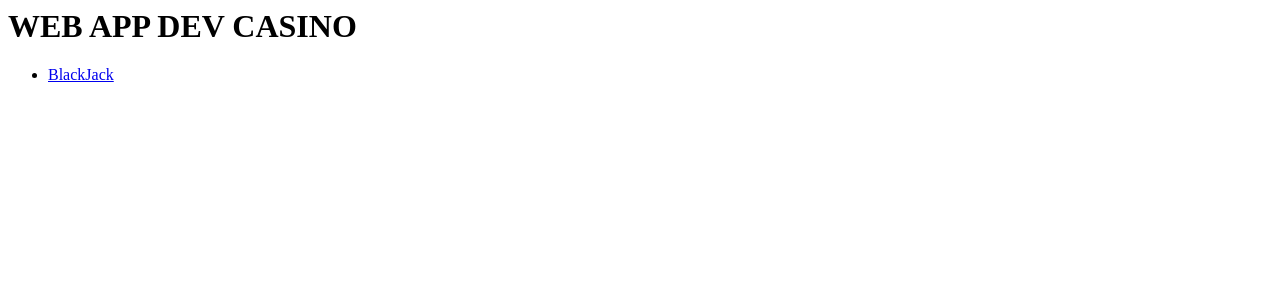
Repository: Chase068/Online-Poker
Page: casino_group_project/mysite/blackjack/templates/blackjack.html
An editor plug-in stored every save of this project. The page is shown before and after the next save, followed by the edit.
The browser window is 1280 px wide. The pictures show the whole page.

Above is the page before, as saved 2024-03-13 14:38:08.

After the next save:
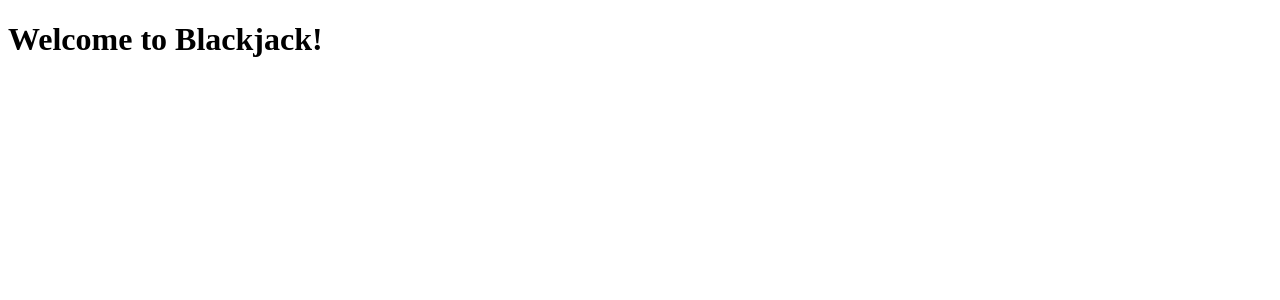
Saved 48 s later.
--- a/casino_group_project/mysite/blackjack/templates/blackjack.html
+++ b/casino_group_project/mysite/blackjack/templates/blackjack.html
@@ -1,4 +1,15 @@
-<h1>WEB APP DEV CASINO</h1>
-<ul>
-<li><p><a href = "/blackjack">BlackJack</a></p></li>
-</ul>
+<!-- blackjack/templates/blackjack/index.html -->
+
+<!DOCTYPE html>
+<html lang="en">
+<head>
+    <meta charset="UTF-8">
+    <meta name="viewport" content="width=device-width, initial-scale=1.0">
+    <title>Blackjack</title>
+    <!-- Add any CSS or other metadata here -->
+</head>
+<body>
+    <h1>Welcome to Blackjack!</h1>
+    <!-- Add any additional content or styling here -->
+</body>
+</html>
